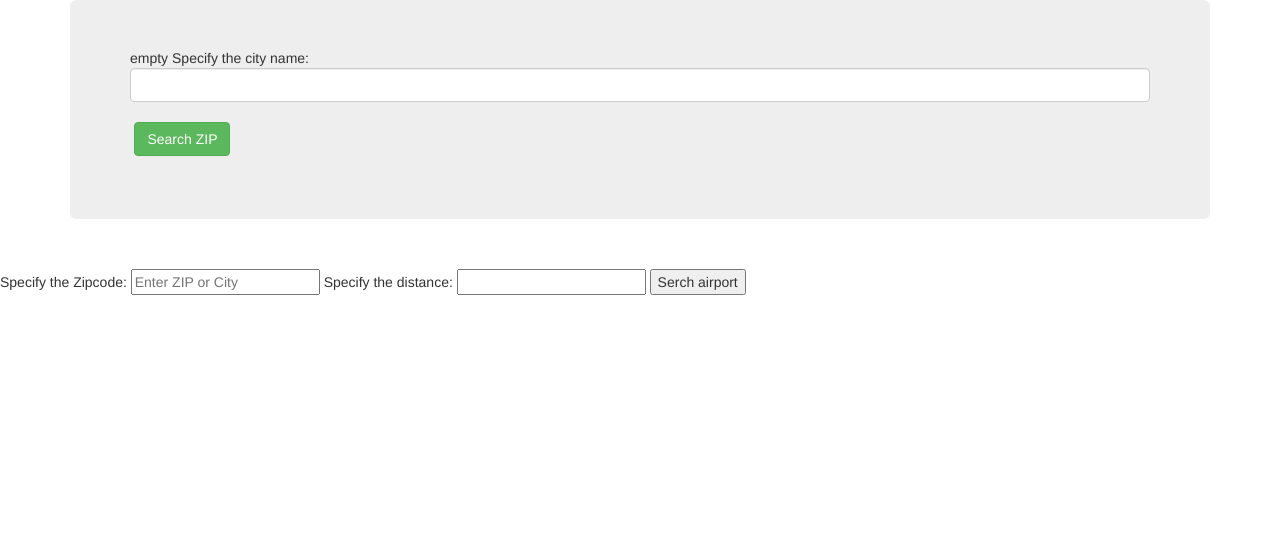
Repository: sjayach/CS320
Page: http://localhost/CS320/AirportDisplay
An editor plug-in stored every save of this project. The page is shown before and after the next save, followed by the edit.
The browser window is 1280 px wide. The pictures show the whole page.
The page is served by Tomcat 9. Other server files are loaded and not shown. Queries for data that is not in the repository find no rows.

Above is the page before, as saved 2015-06-14 05:42:52.

### CS320/WebContent/WEB-INF/jsp/homework3/Airports.jsp
<%@ page language="java" contentType="text/html; charset=ISO-8859-1"
    pageEncoding="ISO-8859-1"%>
    <%@ taglib prefix="c" uri="http://java.sun.com/jsp/jstl/core" %>
<!DOCTYPE html PUBLIC "-//W3C//DTD HTML 4.01 Transitional//EN" "http://www.w3.org/TR/html4/loose.dtd">
<html>
<head>
<meta http-equiv="Content-Type" content="text/html; charset=ISO-8859-1">
<link rel="stylesheet" href="https://maxcdn.bootstrapcdn.com/bootstrap/3.3.4/css/bootstrap.min.css">

<title>Insert title here</title>

</head>
<body>




 <div class="container">
<div class="jumbotron">
	<form  class="form-horizontal" action="AirportDisplay" method=post>
	<c:if test="${empty phonetic }">
		<c:out value="empty"></c:out>
	</c:if>
		<datalist id="cities">
			<c:forEach items="${ phonetic}" var="cityPhonetic">
    			<option value="${cityPhonetic}">

    		</c:forEach>
  		</datalist>
	Specify the city name:
	<input  class="form-control" type="text" name="city_name" list="cities">
	<br />
	<div class="form-group">
	&nbsp;&nbsp;&nbsp;&nbsp;&nbsp;<input class="btn btn-success" type="submit" value="Search ZIP" name="search_zip">
	</div>
	</form>
	</div>
	</div>
	<br />
	<form action="AirportDisplay" method=post>
		Specify the Zipcode:
		<input type="text" name="searchQuery" placeholder="Enter ZIP or City">
		Specify the distance:
		<input type="text" name="distance">
		<input type="submit" value="Serch airport" name="search_airport">
	</form>
	<c:if test="${not empty DisplayZip}">
		<div class="container">
			<table class="table table-bordered table-striped">
				<tr>
					<th>City</th>
					<th>ZipCode </th>
					<th>Map Thumbnail</th>
				</tr>
				<c:forEach items="${DisplayZip}" var="place" varStatus="stat">
					<tr>
						<td>${place.city}</td>
						<td>${place.zip}</td>
						<td><img alt="Map" src="https://maps.googleapis.com/maps/api/staticmap?&zoom=9&size=300x300&maptype=roadmap&markers=${place.latitude},${ place.longitude}"/></td>
					</tr>

				</c:forEach>
			</table>
		</div>
	</c:if>



	<c:if test="${not empty airports}">
		<div class="container">
			<table class="table table-bordered table-striped">
				<tr>
					<th>Airport</th>
					<th>Latitude</th>
					<th>Longitude</th>
					<th>Map Thumbnail</th>
				</tr>
				<c:forEach items="${ airports}" var="plot" varStatus="stat">
					<tr>
						<td>${plot.airport}</td>
						<td>${plot.latitude}</td>
						<td>${plot.longitude}</td>
						<td><img alt="Map" src="https://maps.googleapis.com/maps/api/staticmap?&zoom=9&size=300x300&maptype=roadmap&markers=${plot.latitude},${ plot.longitude}"/></td>


					</tr>
				</c:forEach>
			</table>

		</div>
	</c:if>

	<c:if test="${not empty cityAirport}">
		<div class="container">
			<table class="table table-bordered table-striped">
				<tr>
					<th>Airport</th>
				</tr>
				<c:forEach items="${cityAirport}" var="airport" varStatus="stat">
					<tr>
						<c:if test="${not empty airport}">
						<td>${airport}</td>
						</c:if>
					</tr>
				</c:forEach>
			</table>

		</div>
	</c:if>
	<c:if test="${not empty myVar}">
		<img alt="Map" src="https://maps.googleapis.com/maps/api/staticmap?&zoom=9&size=600x300&maptype=roadmap${myVar}">
	</c:if>
</body>
</html>

### CS320/src/homework3/AirportDisplay.java
package homework3;

import homework2.CS320User;

import java.io.IOException;
import java.sql.Connection;
import java.sql.Driver;
import java.sql.DriverManager;
import java.sql.ResultSet;
import java.sql.Statement;
import java.util.ArrayList;
import java.util.Arrays;
import java.util.HashSet;
import java.util.List;
import java.util.Set;

import javax.servlet.ServletContext;
import javax.servlet.ServletException;
import javax.servlet.annotation.WebServlet;
import javax.servlet.http.HttpServlet;
import javax.servlet.http.HttpServletRequest;
import javax.servlet.http.HttpServletResponse;

/**
 * Servlet implementation class AirportDisplay
 */
@WebServlet("/AirportDisplay")
public class AirportDisplay extends HttpServlet {
	private static final long serialVersionUID = 1L;
    private static int hit_counter = 0;

	public double calculateDistance(double lat1, double lon1, double lat2, double lon2) {


		double R = 6372.8;



        double dLat = Math.toRadians(lat2 - lat1);
        double dLon = Math.toRadians(lon2 - lon1);
        lat1 = Math.toRadians(lat1);
        lat2 = Math.toRadians(lat2);

        double a = Math.sin(dLat / 2) * Math.sin(dLat / 2) + Math.sin(dLon / 2) * Math.sin(dLon / 2) * Math.cos(lat1) * Math.cos(lat2);
        double c = 2 * Math.asin(Math.sqrt(a));
        return R * c;


	}


	public void init() throws ServletException {
		ServletContext context = this.getServletContext();
		if (context.getAttribute("PhoneticContext") == null) {
			String host = "cs3.calstatela.edu";
			String port = "3306";
			String dbName = "cs320stu47";
			String username = "cs320stu47";
			String password = "..7qX4#g";

			String url = "jdbc:mysql://" + host + ":" + port + "/" + dbName;

			try{
				// Dynamically include the MySQL Driver
				Class.forName("org.gjt.mm.mysql.Driver").newInstance();

				// Instantiate the Driver
				Driver driver = new org.gjt.mm.mysql.Driver();

				// Connect to the Database
				Connection connection =
						DriverManager.getConnection(url, username, password);

				// Create a Statement
				Statement statement = connection.createStatement();


				String phonetic_query = "SELECT city FROM zipcodes";
				ResultSet rs = statement.executeQuery(phonetic_query);
				List <String> phonetic = new ArrayList<String>();
				while ( rs.next() ){
					phonetic.add (rs.getString("city"));
				}
				Set<String> hs = new HashSet<>();
				hs.addAll(phonetic);
				phonetic.clear();
				phonetic.addAll(hs);
				System.out.println("phonetic" + phonetic.size());
				context.setAttribute("PhoneticContext", phonetic);
				connection.close();
			} catch(Exception e) {System.out.println("exception");}
		}
	}

	protected void doGet(HttpServletRequest request, HttpServletResponse response) throws ServletException, IOException {
		 ServletContext context = this.getServletContext();
		List<String> phonetic = (List<String>) context.getAttribute("PhoneticContext");
		request.setAttribute("phonetic", phonetic);
		request
		.getRequestDispatcher("/WEB-INF/jsp/homework3/Airports.jsp")
		.forward(request, response);
	}


	protected void doPost(HttpServletRequest request, HttpServletResponse response) throws ServletException, IOException {
		String host = "cs3.calstatela.edu";
		String port = "3306";
		String dbName = "cs320stu47";
		String username = "cs320stu47";
		String password = "..7qX4#g";

		String url = "jdbc:mysql://" + host + ":" + port + "/" + dbName;

		try{
			// Dynamically include the MySQL Driver
			Class.forName("org.gjt.mm.mysql.Driver").newInstance();

			// Instantiate the Driver
			Driver driver = new org.gjt.mm.mysql.Driver();

			// Connect to the Database
			Connection connection =
					DriverManager.getConnection(url, username, password);

			// Create a Statement
			Statement statement = connection.createStatement();

			// Create the Query

			ArrayList<AirportBean> zip_op =
					new ArrayList<AirportBean>();
			// Query the Database and get a reference to a Result Set
			if (request.getParameter("search_zip") != null ||
					request.getParameter("searchQuery") != null) {

				boolean isCity = true;
				String city_name = null;
				if (request.getParameter("searchQuery") != null) {
					try {
						int zip = Integer.parseInt(request.getParameter("searchQuery"));
						isCity = false;
					} catch(NumberFormatException e) {
						city_name = request.getParameter("searchQuery");
						isCity=true;
					}
				} else
					city_name=request.getParameter("city_name");

				if (isCity) {

					String query = "SELECT * FROM zipcodes WHERE city LIKE '%" + city_name + "%'";
					ResultSet resultSet = statement.executeQuery(query);

					while ( resultSet.next() ){
						String zip = resultSet.getString("zip");
						String city = resultSet.getString("city");
						double lat = resultSet.getDouble("latitude");
						double lon = resultSet.getDouble("longitude");
						zip_op.add(new AirportBean(zip, city, lat, lon));
					}
					if(request.getParameter("searchQuery") == null)
						request.setAttribute("DisplayZip", zip_op);
				}
			}


			if (request.getParameter("search_airport") != null) {
				String city;
				int zipcode = 0;
				boolean isZip;
				double distance = Double.parseDouble(request.getParameter("distance"));
				String airportQuery= "SELECT * FROM airports;";
				try {
					zipcode = Integer.parseInt(request.getParameter("searchQuery"));
					isZip = true;
				}
				catch(NumberFormatException e) {
					isZip = false;
				}




				if (isZip) {
					String queryname = "SELECT * FROM zipcodes WHERE zip=" + zipcode;
					System.out.println("Query" +queryname);
					ResultSet resultSet = statement.executeQuery(queryname);
					System.out.println("isZip " +isZip);
					double latitude = 0;
					double longitude = 0;

					while(resultSet.next()) {
						latitude = resultSet.getDouble("latitude");
						longitude = resultSet.getDouble("longitude");
					}

					ResultSet resultSet1 = statement.executeQuery(airportQuery);
					double airLat;
					double airLon;
					ArrayList<AirportBean> display_airport =
							new ArrayList<AirportBean>();
					while(resultSet1.next()) {
						airLat = resultSet1.getDouble("Latitude");
						airLon = resultSet1.getDouble("Longitude");
						String airport = resultSet1.getString("Airport");
						double km = calculateDistance(latitude, longitude, airLat, airLon);
						if (km <= distance){
							System.out.println("Airport " + airport + " Latitude " + airLat + " Longitude " +airLon);
							display_airport.add(new AirportBean(airport, airLat, airLon ));
						}
					}
					request.setAttribute("airports", display_airport);

				} else {
					double airLat;
					double airLon;
					ArrayList<AirportBean> display_airport =
							new ArrayList<AirportBean>();
					String [] airport_name = new String[2048];
					int i = 0;
					System.out.println("before "  + airportQuery);
					ResultSet resultSet1 = statement.executeQuery(airportQuery);
					System.out.println("Executed");
					while(resultSet1.next()) {
						airLat = resultSet1.getDouble("Latitude");
						airLon = resultSet1.getDouble("Longitude");
						String airport = resultSet1.getString("Airport");
						System.out.println("airport is " +airport +airLat+airLon);
						display_airport.add(new AirportBean(airport, airLat, airLon ));
					}

					for(AirportBean zip : zip_op) {
						for(AirportBean air : display_airport) {
							double km = calculateDistance(zip.latitude, zip.longitude, air.latitude, air.longitude);
							if (km <= distance) {

										airport_name[i] = air.airport;
										i++;

							}
						}
					}
					// Remove the duplicate entries of airport
				    Set<String> stringSet = new HashSet<>(Arrays.asList(airport_name));
				    String[] filteredArray = stringSet.toArray(new String[0]);
					for(i=0; i <filteredArray.length; i++)
						System.out.println( i +"Airport" +filteredArray[i]);
					request.setAttribute("cityAirport", filteredArray);

				}
			}
			connection.close();

		}catch(Exception e){};
		doGet(request,response);
	}

}

After the next save:
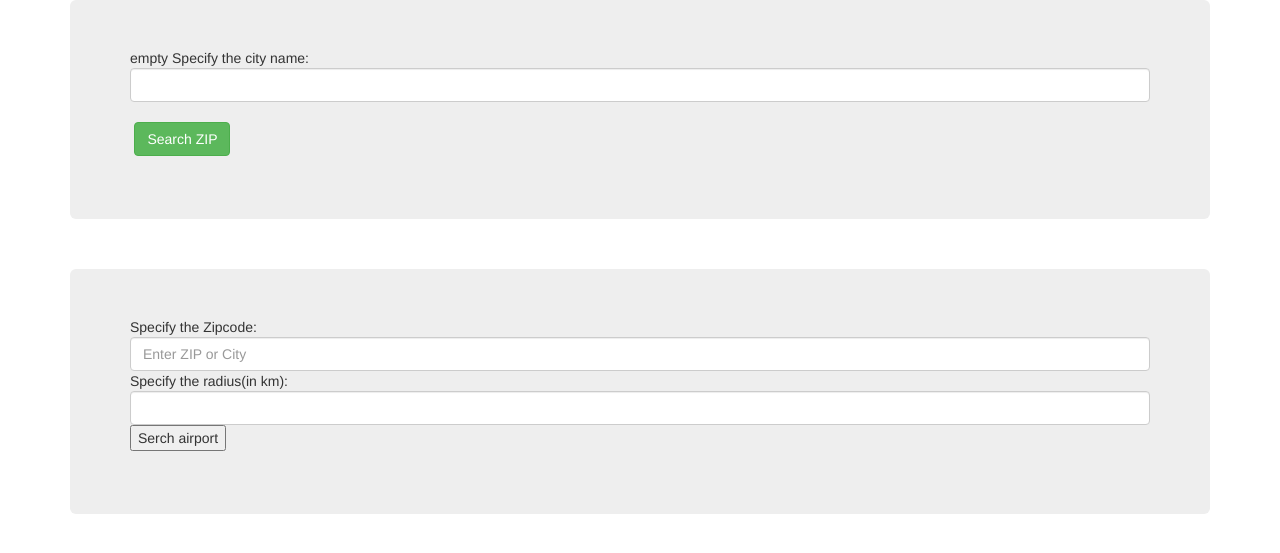
Saved 2 min 17 s later.
--- a/CS320/WebContent/WEB-INF/jsp/homework3/Airports.jsp
+++ b/CS320/WebContent/WEB-INF/jsp/homework3/Airports.jsp
@@ -37,13 +37,19 @@
 	</div>
 	</div>
 	<br />
+	<div class="container">
+	<div class="jumbotron">
 	<form action="AirportDisplay" method=post>
 		Specify the Zipcode:
-		<input type="text" name="searchQuery" placeholder="Enter ZIP or City">
-		Specify the distance:
-		<input type="text" name="distance">
+		<input class="form-control" type="text" name="searchQuery" placeholder="Enter ZIP or City">
+		Specify the radius(in km):
+		<input class="form-control" type="text" name="distance">
+		<div class="form-group">
 		<input type="submit" value="Serch airport" name="search_airport">
+		</div>
 	</form>
+	</div>
+	</div>
 	<c:if test="${not empty DisplayZip}">
 		<div class="container">
 			<table class="table table-bordered table-striped">
